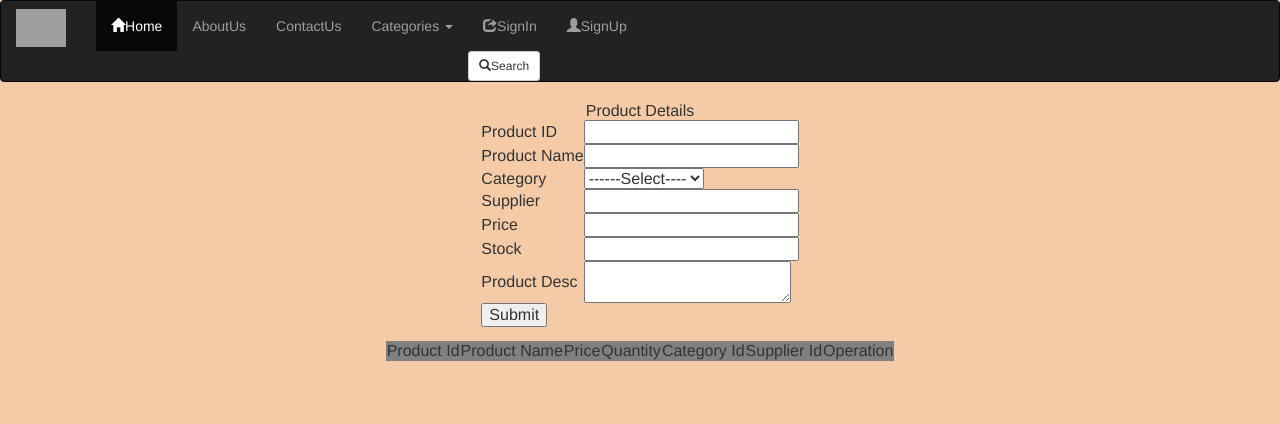
Repository: ananthi024/Java-Programs
Page: http://localhost/ClassyMissyFrontend/WEB-INF/views/Product.jsp
These files come from the project's save history. The page is drawn as it stood at one moment and after the next save; the edit follows.
The browser window is 1280 px wide. The pictures show the whole page.
Pictures or frames that could not be fetched are drawn as grey boxes. Some web libraries are served in a nearby version. The page is served by Tomcat 9. Nobody is signed in. Other server files are loaded and not shown. The template is opened directly, without the code that normally fills it, so the values that code supplies are empty.

Above is the page before, as saved 2017-06-26 22:58:37.
Console error (its wording comes from the project's code and is left out).

### MyProject-29.06.2017/ClassyMissyFrontend/src/main/webapp/WEB-INF/views/Product.jsp
<%@ page language="java" contentType="text/html"%>
 <%@ taglib uri="http://java.sun.com/jsp/jstl/core" prefix="c" %>
<%@ taglib prefix="form" uri="http://www.springframework.org/tags/form"%>
<%@include file="Header.jsp" %>

<form:form action="InsertProduct" modelAttribute="product">
<table align="center">


	<tr>
		<td colspan="2"><center>Product Details</center></td>
	</tr>
	<tr>
		<td>Product ID</td>
		<td><form:input path="prodid"/></td>
	</tr>
	<tr>
		<td>Product Name</td>
		<td><form:input path="prodname" /></td>
	</tr>
	<tr>
				<td>Category</td>
				<td><form:select path="catid">
						<form:option value="0" label="------Select----" />
						<form:options items="${catlist}" />
					</form:select>
				</td>
			</tr>
	<tr>
		<td>Supplier</td>
	<td><form:input path="supid"/></td>
	</tr>
	<tr>
	<td>Price</td>
	<td><form:input path="price"/></td>
	</tr>
	<tr>
	<td>Stock</td>
	<td><form:input path="quantity"/></td>
	</tr>
	<tr>
	<td>Product Desc</td>
	<td><form:textarea path="proddesc"/></td>
	</tr>
	<tr>
	<td><input type="submit" /></td>
	</tr>


	</table>
</form:form>

<!-- Displaying the Category data using Table -->
<table cellspacing="2" align="center" border="1">
<tr bgcolor="gray">
<td>Product Id</td>
<td>Product Name</td>
<td>Price</td>
<td>Quantity</td>
<td>Category Id</td>
<td>Supplier Id</td>
<td>Operation</td>
</tr>

<c:forEach items="${prodlist}" var="product">

<tr bgcolor="pink">
<td>${product.prodid}</td>
<td>${product.prodname}</td>
<td>${product.price}</td>
<td>${product.quantity}</td>
<td>${product.catid}</td>
<td>${product.supid}</td>

<td>
<a href="<c:url value="deleteProduct/${product.prodid}"/>">Delete</a>
<a href="<c:url value="updateProduct/${product.prodid}"/>">Update</a>
</td>
</tr>
</c:forEach>
</table>
<!--Completed Displaying Table--->

</body>
</html>

### MyProject-29.06.2017/ClassyMissyFrontend/src/main/webapp/WEB-INF/views/Header.jsp
<%@ page language="java" contentType="text/html"%>

<html>
<head>
<title>Navbar Example</title>
<meta name="viewport" content="width=device-width,initial-scale=1">
<link rel="stylesheet" href="https://maxcdn.bootstrapcdn.com/bootstrap/3.3.7/css/bootstrap.min.css">
<script src="https://maxcdn.bootstrapcdn.com/bootstrap/3.3.7/js/bootstrap.min.js"></script>
<script src="https://ajax.googleapis.com/ajax/libs/jquery/3.1.1/jquery.min.js"></script>
</head>
<body style="background-color:#f5cba7">
<form action="gh">
<!-- Starting The Navbar Code -->
<nav class="navbar navbar-inverse">
<div class="container-fluid">

<div class="navbar-header">
<a class="navbar-brand" rel="home" href="#" title="The Exprssion of Pearl">
                <img style="max-width:50px; margin-top: -7px;"
                     src="E:\New folder\cma2.jpg">
            </a>
<a class="navbar-brand" href="Home.jsp"></a>
</div>


<ul class="nav navbar-nav">
<li class="active"><a href="Home.jsp"><span class="glyphicon glyphicon-home"></span>Home</a></li>
<li><a href="AboutUs">AboutUs</a></li>
<li><a href="ContactUs.jsp">ContactUs</a></li>
 <li class="dropdown"><a href="#" class="dropdown-toggle"
 data-toggle="dropdown" role="button" aria-haspopup="true"
 aria-expanded="false">Categories <span class="caret"></span></a>
          <ul class="dropdown-menu">
            <li><a href="#">Page 1</a></li>
            <li><a href="#">Page 2</a></li>
            <li><a href="#">Page 3</a></li>
          </ul></li>
<div class="nav navbar-nav navbar-right">
<li><a href="SignIn.jsp"><span class="glyphicon glyphicon-share"></span>SignIn </a></li>
<li><a href="Register.jsp"><span class="glyphicon glyphicon-user"></span>SignUp </a></li>

<!-- Search Button -->
 <p>
        <li><button type="button" class="btn btn-default btn-sm">
          <span class="glyphicon glyphicon-search"></span>Search
        </button></li>
      </p>
</div>
</ul>
</div>
</nav>
</form>
</body>
</html>

After the next save:
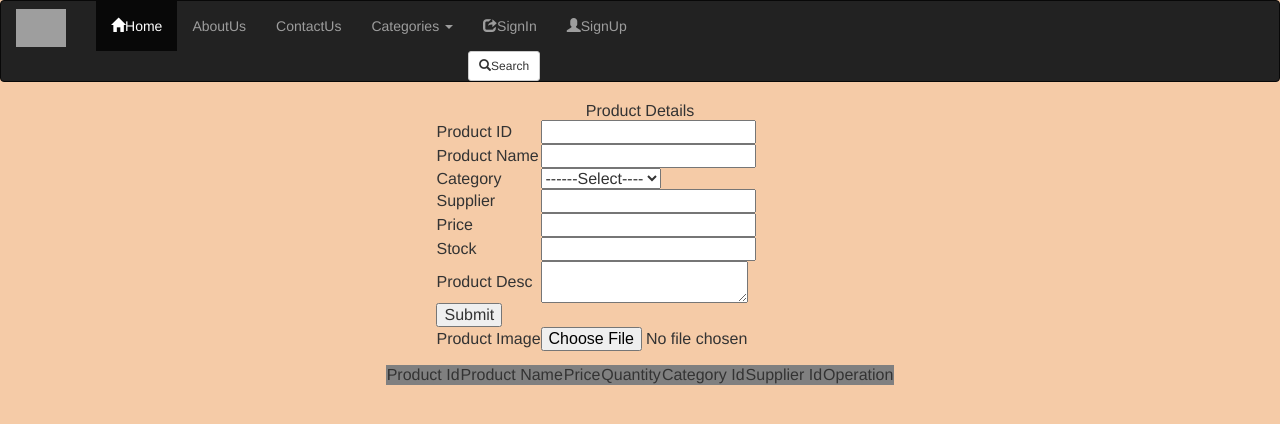
Saved 4 min 38 s later.
--- a/MyProject-29.06.2017/ClassyMissyFrontend/src/main/webapp/WEB-INF/views/Product.jsp
+++ b/MyProject-29.06.2017/ClassyMissyFrontend/src/main/webapp/WEB-INF/views/Product.jsp
@@ -2,8 +2,8 @@
  <%@ taglib uri="http://java.sun.com/jsp/jstl/core" prefix="c" %>
 <%@ taglib prefix="form" uri="http://www.springframework.org/tags/form"%>
 <%@include file="Header.jsp" %>
+<form:form method="POST" action="InsertProduct" modelAttribute="product" enctype="multipart/form-data">
 
-<form:form action="InsertProduct" modelAttribute="product">
 <table align="center">
 
 
@@ -45,6 +45,10 @@
 	<tr>
 	<td><input type="submit" /></td>
 	</tr>
+	<tr>
+			<td>Product Image</td>
+			<td><form:input type="file" path="pimage" /></td>
+	</tr>
 
 
 	</table>
